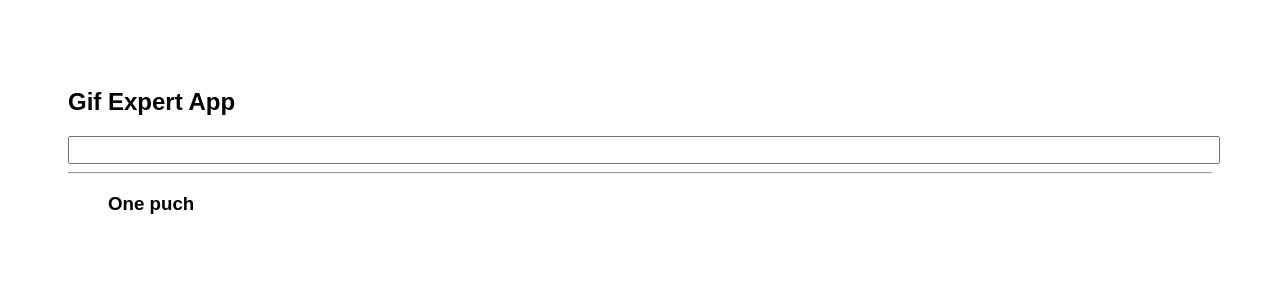
Repository: ppfeliuu/gifs-app
Page: /
An editor plug-in stored every save of this project. The page is shown before and after the next save, followed by the edit.
The browser window is 1280 px wide. The pictures show the whole page.
The page's requests for data from a server got no answer. The project was rebuilt for these pictures with package versions that can differ from the ones it lists, and the page was loaded fresh each time. No one was signed in, and anything a server would have sent is missing. Also part of the build but not shown: src/components/GifGridItem.js.

Above is the page before, as saved 2021-05-26 15:13:47.

### src/index.js
import React from "react";
import ReactDOM from "react-dom";
import GifExpertApp from "./GifExpertApp";
import "./index.css";

ReactDOM.render(
  <GifExpertApp />,

  document.getElementById("root")
);

### src/GifExpertApp.js
import React, { useState } from "react";
import AddCategory from "./components/AddCategory";
import { GifGrid } from "./components/GifGrid";

export const GifExpertApp = () => {
  const [categories, setCategories] = useState(["One puch"]);

  /* const handleAdd = () => {
    setCategories([...categories, "Hunter"]);
  }; */

  return (
    <div>
      <h2>Gif Expert App</h2>
      <AddCategory setCategories={setCategories} />
      <hr />

      <ol>
        {categories.map((category) => (
          <GifGrid key={category} category={category} />
        ))}
      </ol>
    </div>
  );
};

export default GifExpertApp;

### src/index.css
* {
  font-family: Arial, Helvetica, sans-serif;
}

body {
  padding: 60px;
}

input {
  color: grey;
  font-size: 1.2rem;
  width: 100%;
}

.card-grid {
  display: flex;
  flex-direction: row;
  flex-wrap: wrap;
}

.card {
  align-content: center;
  border: 1px solid grey;
  border-radius: 6px;
  margin-bottom: 10px;
  margin-right: 10px;
  overflow: visible;
}

.card p {
  padding: 5px;
  text-align: center;
}

.card img {
  max-height: 170px;
}

### src/components/AddCategory.js
import React, { useState } from "react";
import PropTypes from "prop-types";

const AddCategory = ({ setCategories }) => {
  const [inputValue, setInputValue] = useState("");

  const handleInputChange = (e) => {
    setInputValue(e.target.value);
  };

  const handleSubmit = (e) => {
    e.preventDefault();

    if (inputValue.trim().length > 2) {
      setCategories((c) => [inputValue, ...c]);
      setInputValue("");
    }
  };

  return (
    <form onSubmit={handleSubmit}>
      <input type="text" value={inputValue} onChange={handleInputChange} />
    </form>
  );
};

AddCategory.propTypes = {
  setCategories: PropTypes.func.isRequired,
};

export default AddCategory;

### src/components/GifGrid.js
import React, { useState, useEffect } from "react";
import { GifGridItem } from "./GifGridItem";
import { getGifs } from "../helpers/getGifs";

export const GifGrid = ({ category }) => {
  const [images, setImages] = useState([]);

  useEffect(() => {
    getGifs(category).then((imgs) => setImages(imgs));
  }, []);

  return (
    <>
      <h3>{category}</h3>
      <div className="card-grid">
        {images.map((img) => (
          <GifGridItem key={img.id} {...img} />
        ))}
      </div>
    </>
  );
};

### src/helpers/getGifs.js
export const getGifs = async (category) => {
  const url = `https://api.giphy.com/v1/gifs/search?limit=10&q=${encodeURI(
    category
  )}&api_key=458OEWtJl0WGO4C8c2OgKB6EOMS48uOH`;
  const res = await fetch(url);
  const { data } = await res.json();

  const gifs = data.map((img) => {
    return {
      id: img.id,
      title: img.title,
      url: img.images?.downsized_medium.url,
    };
  });

  return gifs;
};

Loaded but not shown: public/index.html (common file)

After the next save:
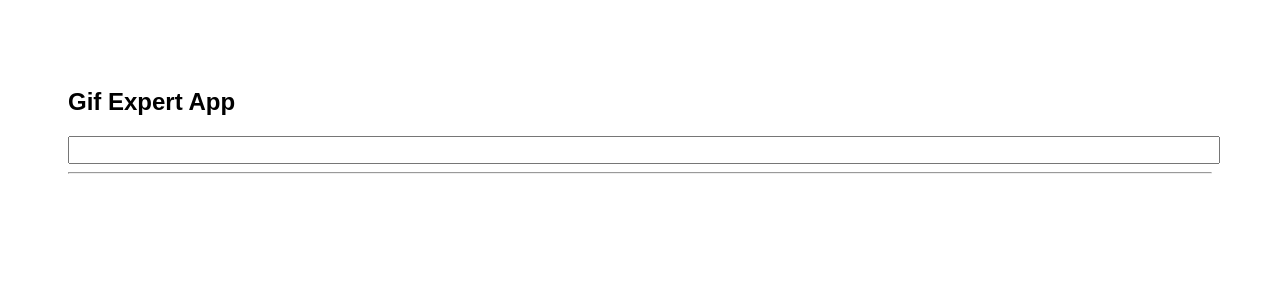
Saved 23 s later.
--- a/src/GifExpertApp.js
+++ b/src/GifExpertApp.js
@@ -3,7 +3,7 @@ import AddCategory from "./components/AddCategory";
 import { GifGrid } from "./components/GifGrid";
 
 export const GifExpertApp = () => {
-  const [categories, setCategories] = useState(["One puch"]);
+  const [categories, setCategories] = useState([]);
 
   /* const handleAdd = () => {
     setCategories([...categories, "Hunter"]);
